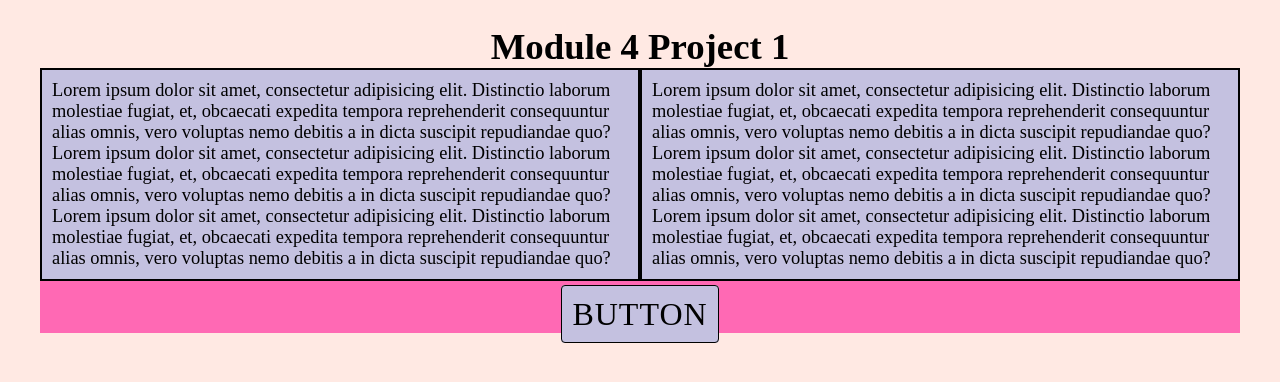
Repository: mlmEFSC21/P6-External-Style-Sheet
Page: index.html
An editor plug-in stored every save of this project. The page is shown before and after the next save, followed by the edit.
The browser window is 1280 px wide. The pictures show the whole page.

Above is the page before, as saved 2022-02-13 17:24:17.

### index.html
<!DOCTYPE html>
<html lang="en">
    <head>
        <meta charset="UTF-8" />
        <meta http-equiv="X-UA-Compatible" content="IE=edge" />
        <meta name="viewport" content="width=device-width, initial-scale=1.0" />
        <link rel="stylesheet" href="Styles.css" />
        <title>External Style Sheets</title>
    </head>
    <header><h1>Module 4 Project 1</h1></header>
    <body>
        <div class="floatContainer">
            <div>
                <p class="p1">
                    Lorem ipsum dolor sit amet, consectetur adipisicing elit. Distinctio laborum
                    molestiae fugiat, et, obcaecati expedita tempora reprehenderit consequuntur
                    alias omnis, vero voluptas nemo debitis a in dicta suscipit repudiandae quo?
                    Lorem ipsum dolor sit amet, consectetur adipisicing elit. Distinctio laborum
                    molestiae fugiat, et, obcaecati expedita tempora reprehenderit consequuntur
                    alias omnis, vero voluptas nemo debitis a in dicta suscipit repudiandae quo?
                    Lorem ipsum dolor sit amet, consectetur adipisicing elit. Distinctio laborum
                    molestiae fugiat, et, obcaecati expedita tempora reprehenderit consequuntur
                    alias omnis, vero voluptas nemo debitis a in dicta suscipit repudiandae quo?
                </p>
            </div>
            <div>
                <p class="p2">
                    Lorem ipsum dolor sit amet, consectetur adipisicing elit. Distinctio laborum
                    molestiae fugiat, et, obcaecati expedita tempora reprehenderit consequuntur
                    alias omnis, vero voluptas nemo debitis a in dicta suscipit repudiandae quo?
                    Lorem ipsum dolor sit amet, consectetur adipisicing elit. Distinctio laborum
                    molestiae fugiat, et, obcaecati expedita tempora reprehenderit consequuntur
                    alias omnis, vero voluptas nemo debitis a in dicta suscipit repudiandae quo?
                    Lorem ipsum dolor sit amet, consectetur adipisicing elit. Distinctio laborum
                    molestiae fugiat, et, obcaecati expedita tempora reprehenderit consequuntur
                    alias omnis, vero voluptas nemo debitis a in dicta suscipit repudiandae quo?
                </p>
            </div>
        </div>
        <div class="button"><a href="" class="button">Button</a></div>
    </body>
</html>

### Styles.css
:root {
    /* --clr-font: black; */
    --clr-background: #ffe9e3;
    --clr-buttonBG: #c4c1e0;
    --clr-buttonHover: #7c73e6;
}
*,
*::before,
*::after {
    margin: 0;
    padding: 0;
    box-sizing: border-box;
}
header {
    text-align: center;
}
body {
    background-color: var(--clr-background);
    color: black;
    margin: 10px 25px;
    padding: 15px;
    font-size: 1.15rem;
}
p {
    margin-bottom: 15px;
    padding: 10px;
    background-color: var(--clr-buttonBG);
}
.p1 {
    border: 2px solid black;
    float: left;
    width: 50%;
}
.p2 {
    border: 2px solid black;
    float: right;
    width: 50%;
}
.p2::after {
    content: "";
    clear: both;
}
div.button {
    text-align: center;
    background-color: hotpink;
}
a {
    text-decoration: none;
}
a.button {
    padding: 10px;
    border: 1px solid black;
    border-radius: 4px;
    font-size: 2rem;
    text-transform: uppercase;
    letter-spacing: 1px;
    background-color: var(--clr-buttonBG);
    color: var(--clr-button);
}
a.button:hover {
    background-color: var(--clr-buttonHover);
    color: white;
    cursor: pointer;
}

After the next save:
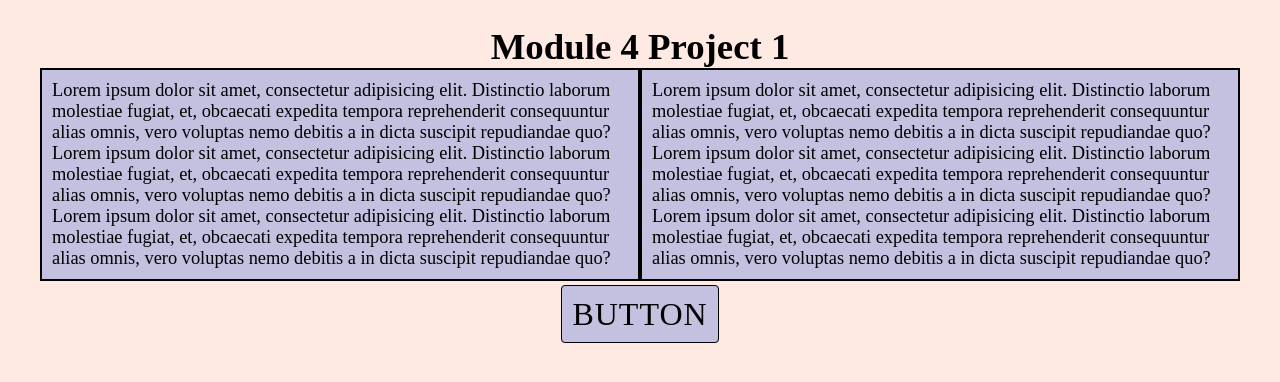
Saved 11 s later.
--- a/Styles.css
+++ b/Styles.css
@@ -42,7 +42,6 @@ p {
 }
 div.button {
     text-align: center;
-    background-color: hotpink;
 }
 a {
     text-decoration: none;
